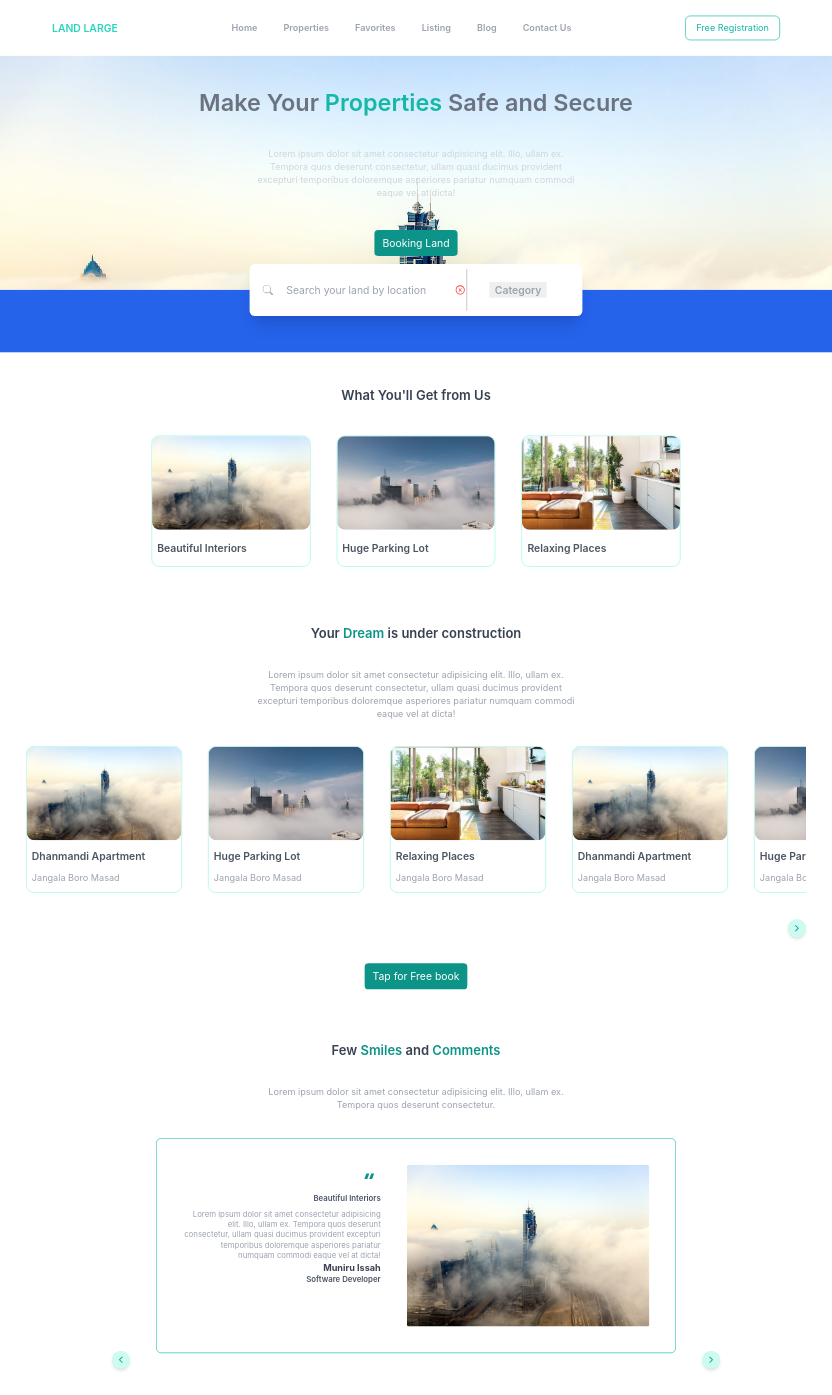
Repository: MuniruIssah/realestate
Page: /
The author's editor kept a copy of each file at every save. The page is drawn from the files as they stood at one save, then again after the next save.
The browser window is 1280 px wide. The pictures show the whole page, at 65% of full size.
The project was rebuilt for these pictures with package versions that can differ from the ones it lists, and the page was loaded fresh each time. Also part of the build but not shown: src/App.css.

Above is the page before, as saved 2022-02-20 07:33:20.

After the next save:
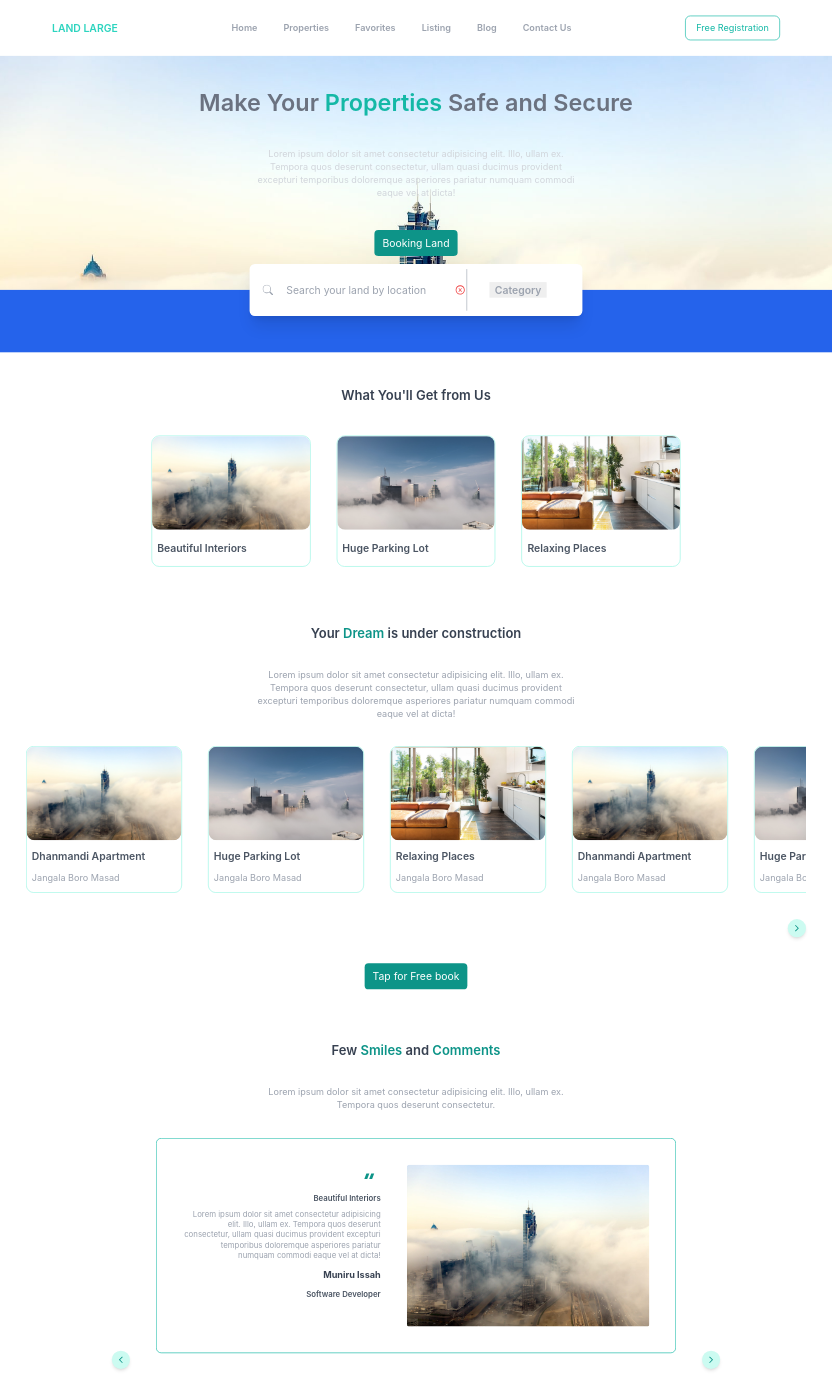
Saved 5 s later.
--- a/src/components/SmilesAndComments.js
+++ b/src/components/SmilesAndComments.js
@@ -80,7 +80,7 @@ const SmilesAndCommentCard = ({ image, title, description, name, role }) => {
         <p className="text-gray-400 text-xs">
           {description}
         </p>
-        <span className="font-bold text-sm text-gray-700 m">
+        <span className="font-bold text-sm text-gray-700 my-3">
             {name}
         </span>
         <span className="font-semibold text-xs text-gray-600">
